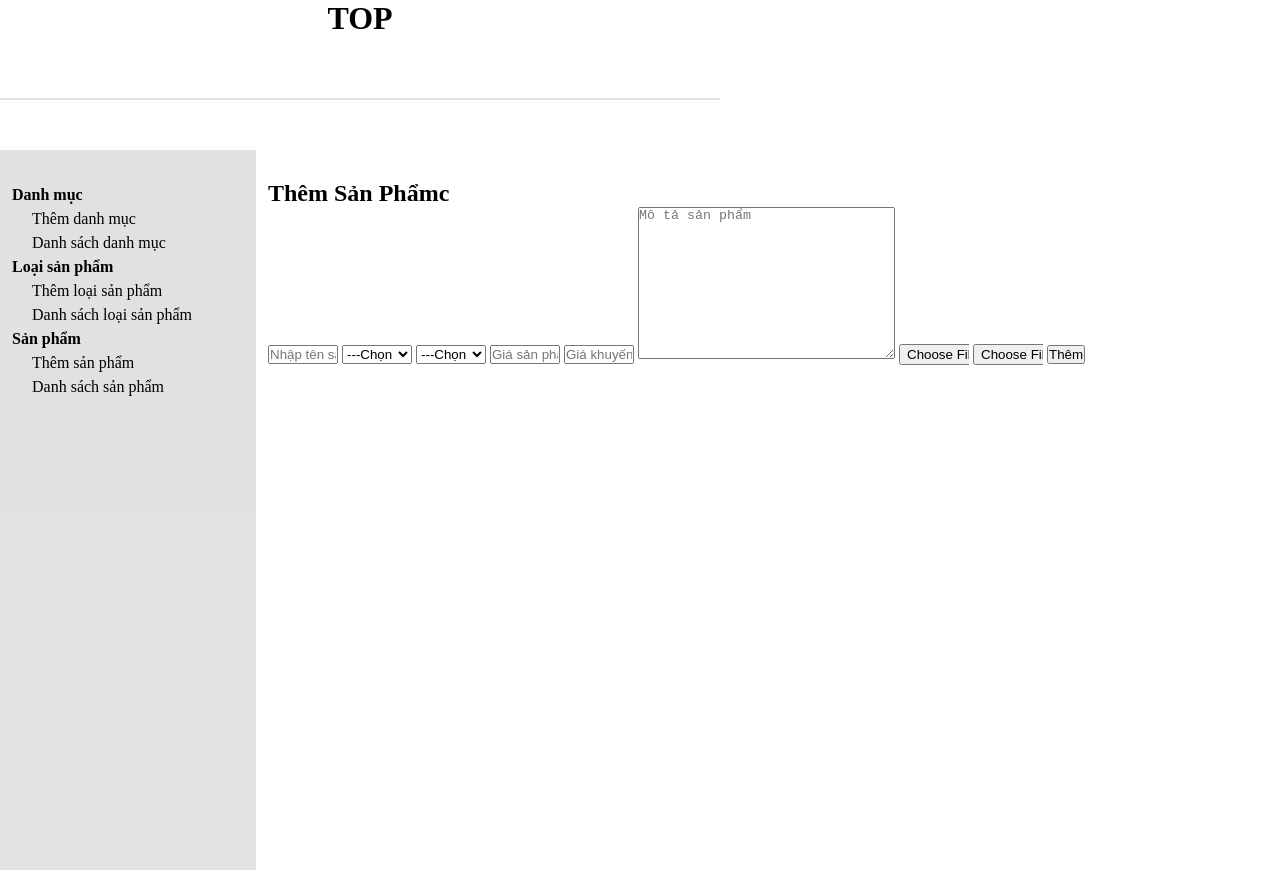
Repository: dinhvanbinh2310/ivy-moda
Page: Admin/productadd.html
The author's editor kept a copy of each file at every save. The page is drawn from the files as they stood at one save, then again after the next save.
The browser window is 1280 px wide. The pictures show the whole page.

Above is the page before, as saved 2022-07-06 15:59:17.

### Admin/productadd.html
<!DOCTYPE html>
<html lang="en">
<head>
  <meta charset="UTF-8">
  <meta http-equiv="X-UA-Compatible" content="IE=edge">
  <meta name="viewport" content="width=device-width, initial-scale=1.0">
  <link rel="stylesheet" href="style.css">
  <title>Danh mục sản phẩm</title>
</head>
<body>
  <header>
    <h1>TOP</h1>
  </header>
  <section class="admin-content">
    <div class="admin-content-left">
      <ul>
        <li> <a href="#">Danh mục</a>
          <ul>
            <li><a href="">Thêm danh mục</a></li>
            <li><a href="">Danh sách danh mục</a></li>
          </ul>
        </li>
        <li> <a href="#">Loại sản phẩm</a>
          <ul>
            <li><a href="">Thêm loại sản phẩm</a></li>
            <li><a href="">Danh sách loại sản phẩm</a></li>
          </ul>
        </li>
        <li> <a href="#">Sản phẩm</a>
          <ul>
            <li><a href="">Thêm sản phẩm</a></li>
            <li><a href="">Danh sách sản phẩm</a></li></li>
        </ul>
      </ul>
    </div>
    <div class="admin-content-right">
      <div class="admin-content-right-product-add">
          <h1>Thêm Sản Phẩmc</h1>
          <form action="" method="POST">
            <input type="text" placeholder="Nhập tên sản phẩm">
            <select name="" id="">
                <option value="#">---Chọn Danh Mục---</option>
            </select>
            <select name="" id="">
              <option value="#">---Chọn Loại Sản Phẩm---</option>
          </select>
          <input type="text" placeholder="Giá sản phẩm">
          <input type="text" placeholder="Giá khuyến mại">
          <textarea name="" id="" cols="30" rows="10" placeholder="Mô tả sản phẩm"></textarea>
          <input type="file">
          <input type="file">
          <button type="submit">Thêm</button>
          </form>
        </div>
      </div>
  </section>
</body>
</html>

### Admin/style.css
*{
  margin: 0;
  padding: 0;
  box-sizing: border-box;
  color: black;
  outline: none;
}
a{
  text-decoration: none;
}
ul{
  list-style: none;
}
header{
  height: 100px;
  width: 100vh;
  border-bottom: 2px solid #dddd;
  text-align: center;
  align-items: center;
}
.admin-content{
  padding-top: 50px;
  display: flex;
}
.admin-content-left{
  background-color: #dddd;
  width: 20%;
  height: 100vh;
  padding: 30px 0 0 12px;
}
.admin-content-left > ul >li >a{
  font-weight: bold;
}
.admin-content-left ul li{
  margin: 6px 0;
}
.admin-content-left ul ul{
  margin-left: 20px;
}
.admin-content-right{
  width: 80%;
  padding: 30px 0 0 12px;
}
.admin-content-right-cartegory-add input{
  height: 30px;
  width: 200px;
  padding-left: 12px;
  margin-top: 20px;
}
.admin-content-right-cartegory-add button{
  display: block;
  margin-top: 10px;
  height: 30px;
  width: 100px;
  cursor: pointer;
  background-color: brown;
  border: none;
  color: white;
  transition: all 0.3s ease;
}
.admin-content-right-cartegory-add button:hover{
  background-color: transparent;
  border: 1px solid brown;
  color: brown;
}
/* ------------------------Cartegorylist----------------------- */
.admin-content-right-cartegory_list table{
  width: 100%;
  text-align: center;
  margin-top: 20px;
}
.admin-content-right-cartegory_list table tr th,td{
  border: 1px solid #dddd;
}
table{
  border-collapse: collapse;
}
/* ------------------------Product----------------------- */
.admin-content-right-product-add input,select{
  width: 70px;
}

After the next save:
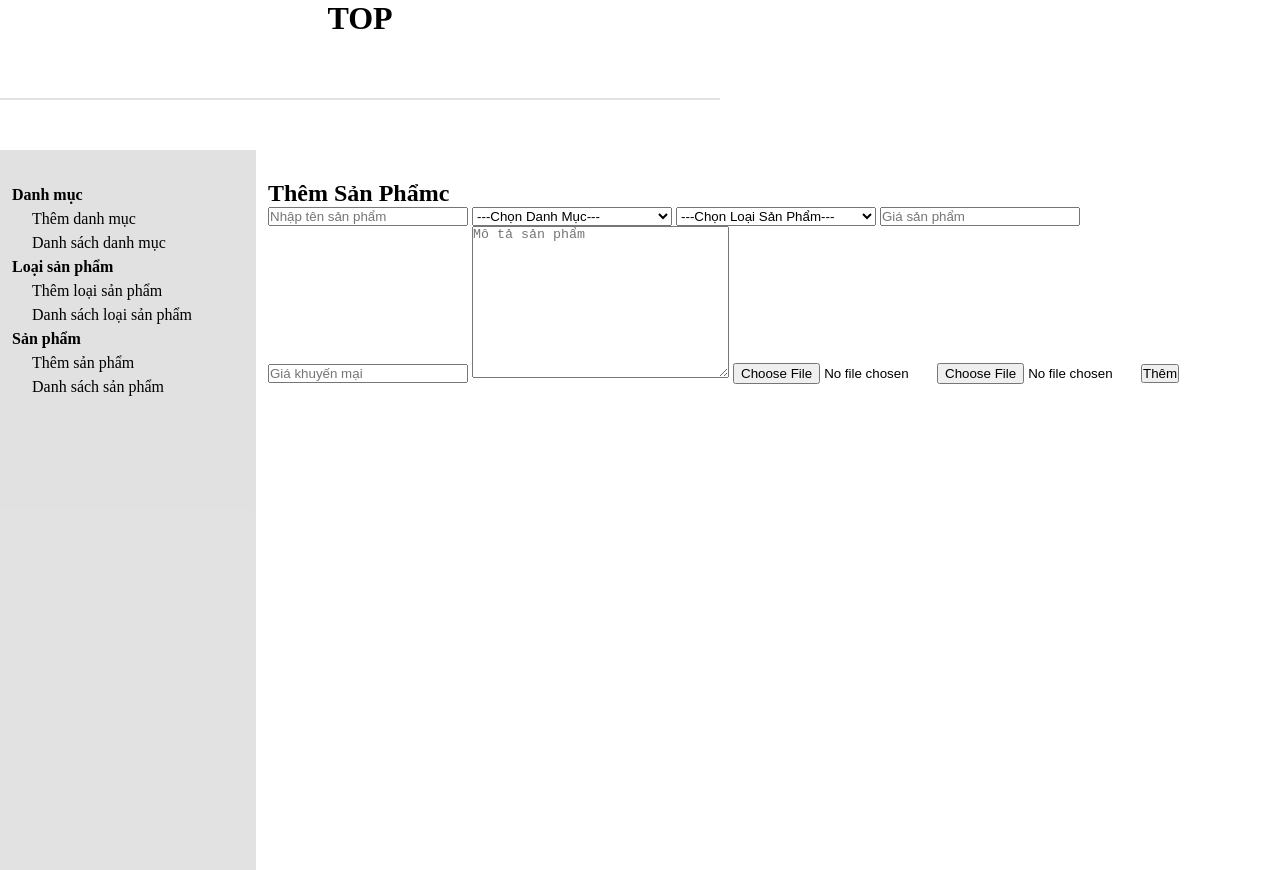
Saved 5 s later.
--- a/Admin/style.css
+++ b/Admin/style.css
@@ -77,5 +77,5 @@ table{
 }
 /* ------------------------Product----------------------- */
 .admin-content-right-product-add input,select{
-  width: 70px;
+  width: 200px;
 }
